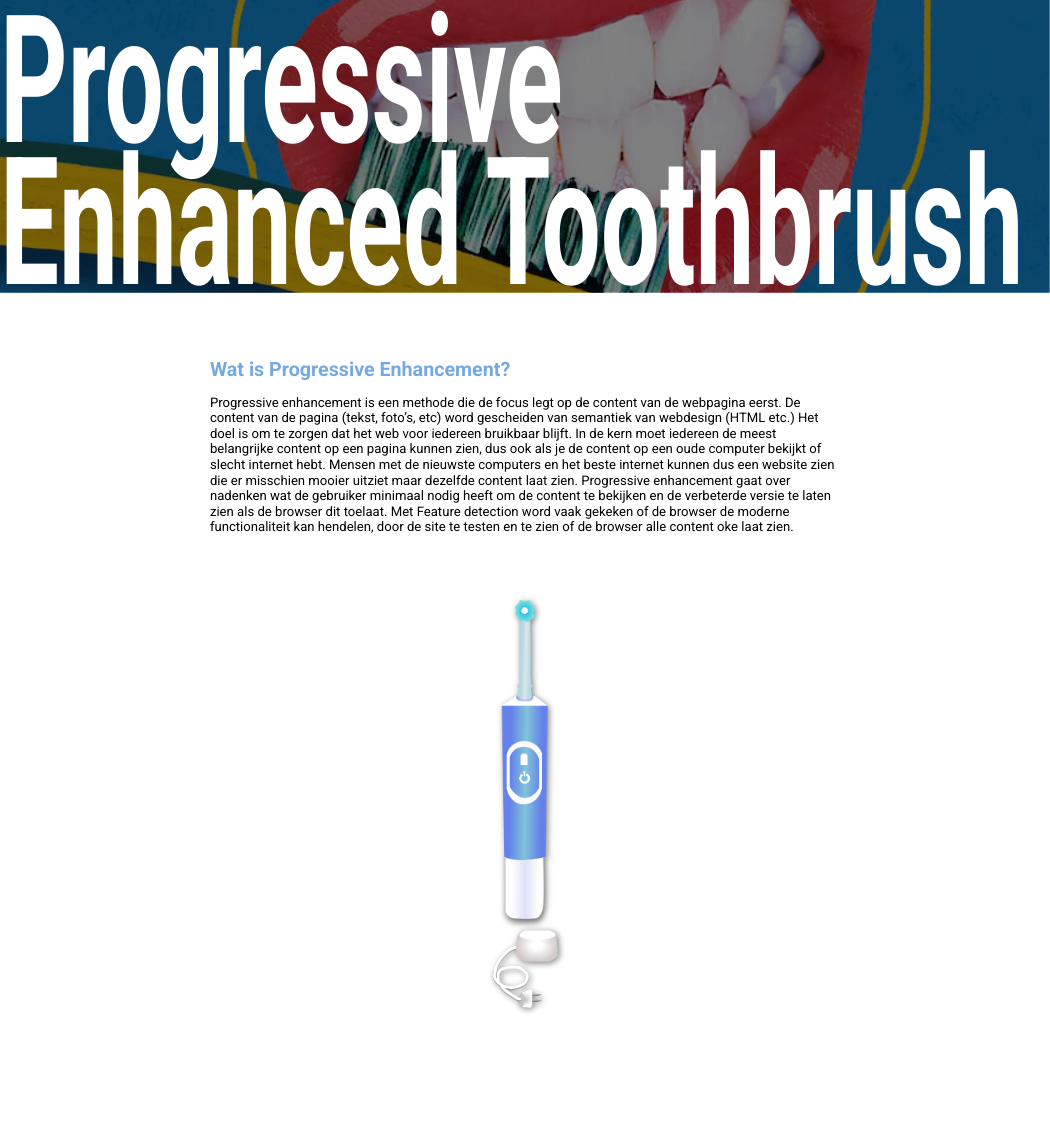
Repository: norakramer1/browser-technologies-2122
Page: progressive-enhanced-toothbrush-main/index.html
An editor plug-in stored every save of this project. The page is shown before and after the next save, followed by the edit.
The browser window is 1280 px wide. The pictures show the whole page, at 82% of full size.

Above is the page before, as saved 2022-03-23 12:53:39.

After the next save:
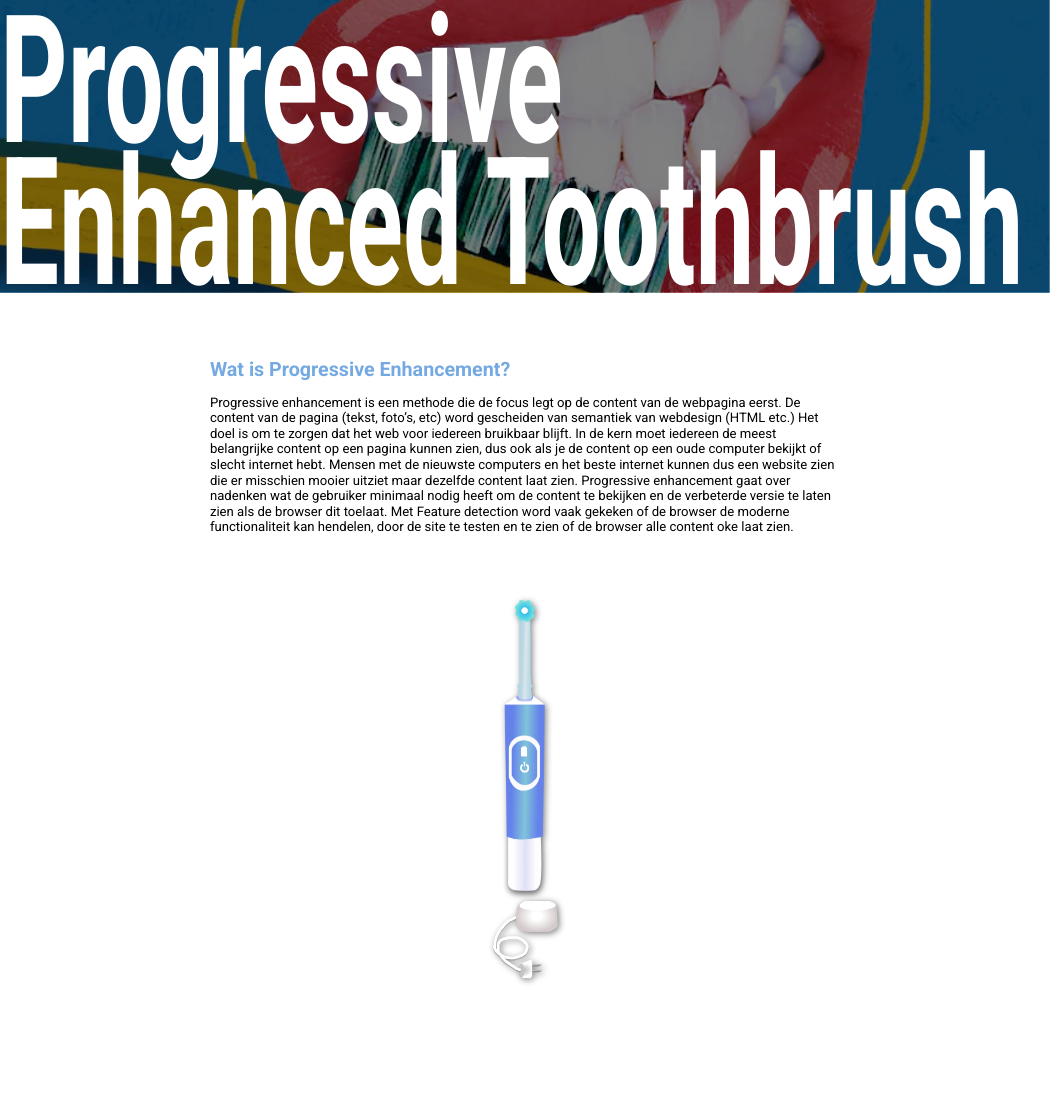
Saved 4 s later.
--- a/progressive-enhanced-toothbrush-main/style.css
+++ b/progressive-enhanced-toothbrush-main/style.css
@@ -47,7 +47,7 @@ article:nth-child(2) img:first-child {
 }
 article:nth-child(2) img:nth-child(2) {
     margin-top: -.4rem;
-    width: 4rem;
+    width: 3.5rem;
 }
 article:nth-child(2) img:last-child {
     width: 5rem;
